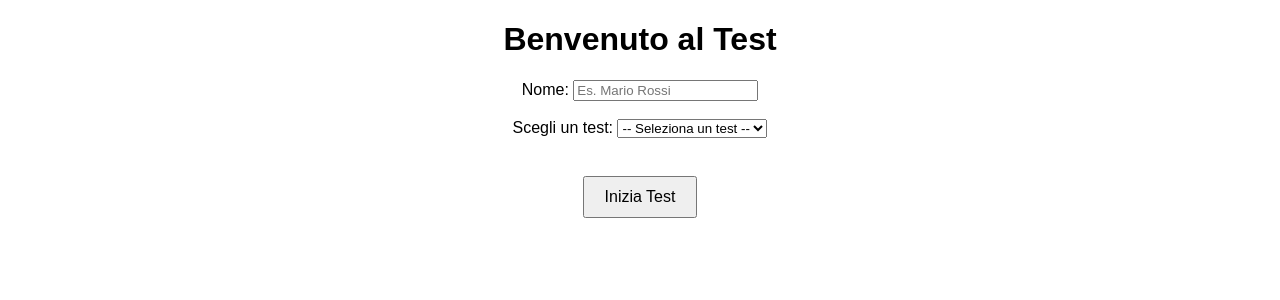
Repository: Probyte5D/Test-Task
Page: wwwroot/index.html
The author's editor kept a copy of each file at every save. The page is drawn from the files as they stood at one save, then again after the next save.
The browser window is 1280 px wide. The pictures show the whole page.
The page's requests for data from a server got no answer.

Above is the page before, as saved 2025-10-22 20:21:58.

After the next save:
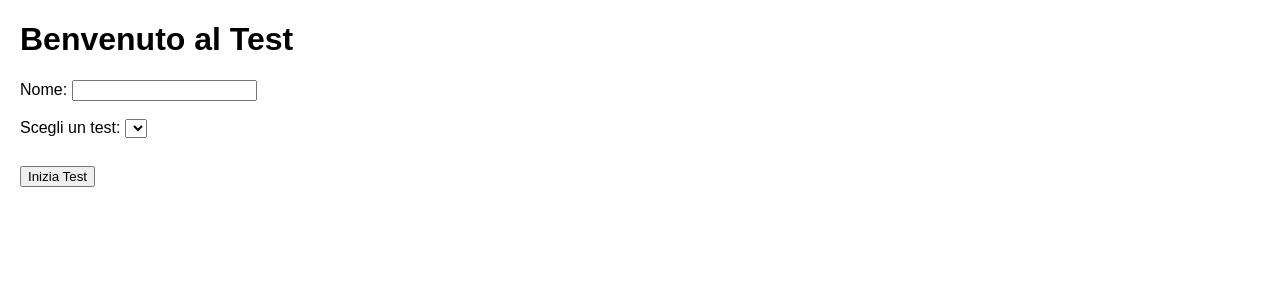
Saved 12 s later.
--- a/wwwroot/index.html
+++ b/wwwroot/index.html
@@ -1,31 +1,25 @@
 <!DOCTYPE html>
 <html lang="it">
 <head>
-<meta charset="UTF-8">
-<title>Test System</title>
-<style>
-    body { font-family: Arial; margin: 20px; text-align: center; }
-    .hidden { display: none; }
-    .question-card { margin-bottom: 20px; padding: 20px; border-radius: 10px; box-shadow: 0 2px 8px rgba(0,0,0,0.2); display: inline-block; text-align: left; }
-    .progress { width: 100%; background: #eee; height: 20px; margin-bottom: 20px; border-radius: 10px; }
-    .progress-bar { width: 0; height: 100%; background: #4caf50; border-radius: 10px; transition: width 0.3s; }
-    .answer-btn { display: block; width: 300px; margin: 10px auto; padding: 15px; font-size: 16px; border: none; border-radius: 8px; cursor: pointer; transition: transform 0.2s; }
-    .answer-btn:hover { transform: scale(1.05); }
-    .answer-btn.correct { background-color: #4caf50; color: white; }
-    .answer-btn.wrong { background-color: #f44336; color: white; }
-    button { margin-top: 20px; padding: 10px 20px; font-size: 16px; cursor: pointer; }
-</style>
+    <meta charset="UTF-8">
+    <title>Test System</title>
+    <style>
+        body { font-family: Arial; margin: 20px; }
+        .hidden { display: none; }
+        .question { margin-bottom: 20px; }
+        .progress { width: 100%; background: #eee; height: 20px; margin-bottom: 10px; }
+        .progress-bar { width: 0; height: 100%; background: #4caf50; }
+        button { margin-top: 10px; }
+    </style>
 </head>
 <body>
 
 <h1>Benvenuto al Test</h1>
 
 <div id="home">
-    <label>Nome: <input type="text" id="userName" placeholder="Es. Mario Rossi"></label><br><br>
+    <label>Nome: <input type="text" id="userName"></label><br><br>
     <label>Scegli un test:
-        <select id="testSelect">
-            <option value="">-- Seleziona un test --</option>
-        </select>
+        <select id="testSelect"></select>
     </label><br><br>
     <button onclick="startTest()">Inizia Test</button>
     <p id="homeError" style="color:red;"></p>
@@ -34,13 +28,13 @@
 <div id="testView" class="hidden">
     <div class="progress"><div class="progress-bar" id="progressBar"></div></div>
     <div id="questionContainer"></div>
+    <button onclick="nextQuestion()">Prossima Domanda</button>
     <p id="testError" style="color:red;"></p>
 </div>
 
 <div id="resultView" class="hidden">
     <h2>Risultato finale</h2>
     <p id="resultText"></p>
-    <button onclick="restartTest()">Ricomincia</button>
 </div>
 
 <script>
@@ -81,16 +75,13 @@
 function showQuestion() {
     const q = currentTest.questions[currentQuestionIndex];
     const container = document.getElementById('questionContainer');
-    container.innerHTML = `<div class="question-card"><p><strong>Domanda ${currentQuestionIndex + 1} di ${currentTest.questions.length}:</strong> ${q.text}</p></div>`;
-
+    container.innerHTML = `<div class="question"><p>${q.text}</p></div>`;
     q.options.forEach((opt, i) => {
-        const btn = document.createElement('button');
-        btn.className = 'answer-btn';
-        btn.textContent = opt.text;
-        btn.onclick = () => selectAnswer(i);
-        container.appendChild(btn);
+        const label = document.createElement('label');
+        label.innerHTML = `<input type="radio" name="answer" value="${i}"> ${opt.text}`;
+        container.appendChild(label);
+        container.appendChild(document.createElement('br'));
     });
-
     updateProgress();
 }
 
@@ -99,10 +90,18 @@
     document.getElementById('progressBar').style.width = percent + "%";
 }
 
-function selectAnswer(index) {
-    const q = currentTest.questions[currentQuestionIndex];
-    if (q.options[index].isCorrect) correctAnswers++;
+function nextQuestion() {
+    const selected = document.querySelector('input[name="answer"]:checked');
+    if (!selected) {
+        document.getElementById('testError').textContent = "Seleziona una risposta!";
+        return;
+    }
+    const answerIndex = parseInt(selected.value);
+    if (currentTest.questions[currentQuestionIndex].options[answerIndex].isCorrect) {
+        correctAnswers++;
+    }
     currentQuestionIndex++;
+    document.getElementById('testError').textContent = "";
     if (currentQuestionIndex >= currentTest.questions.length) {
         finishTest();
     } else {
@@ -116,6 +115,7 @@
     document.getElementById('resultText').textContent =
         `Ciao ${document.getElementById('userName').value}, hai risposto correttamente a ${correctAnswers} su ${currentTest.questions.length} domande.`;
 
+    // Salvataggio del risultato su MongoDB
     await fetch('http://localhost:5155/api/UserResult', {
         method: 'POST',
         headers: { 'Content-Type': 'application/json' },
@@ -128,13 +128,6 @@
     });
 }
 
-function restartTest() {
-    document.getElementById('resultView').classList.add('hidden');
-    document.getElementById('home').classList.remove('hidden');
-    document.getElementById('userName').value = '';
-    document.getElementById('testSelect').value = '';
-}
-
 // Carica i test all’avvio
 loadTests();
 </script>

After the save that followed:
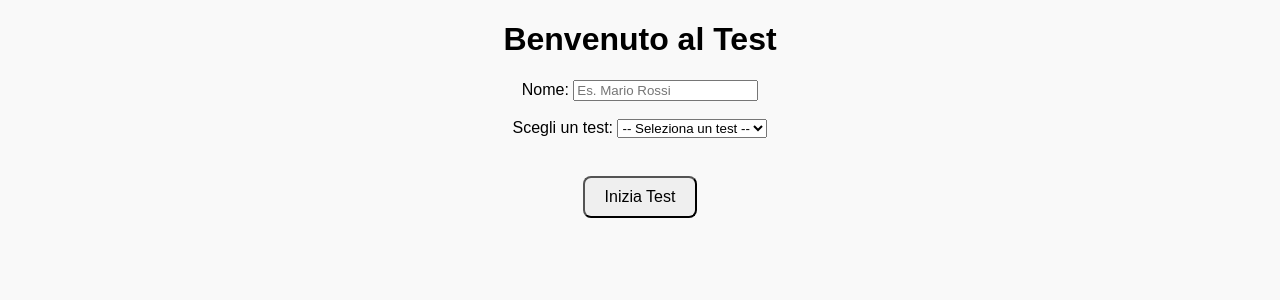
Saved 21 s later.
--- a/wwwroot/index.html
+++ b/wwwroot/index.html
@@ -1,25 +1,31 @@
 <!DOCTYPE html>
 <html lang="it">
 <head>
-    <meta charset="UTF-8">
-    <title>Test System</title>
-    <style>
-        body { font-family: Arial; margin: 20px; }
-        .hidden { display: none; }
-        .question { margin-bottom: 20px; }
-        .progress { width: 100%; background: #eee; height: 20px; margin-bottom: 10px; }
-        .progress-bar { width: 0; height: 100%; background: #4caf50; }
-        button { margin-top: 10px; }
-    </style>
+<meta charset="UTF-8">
+<title>Test System</title>
+<style>
+    body { font-family: Arial; margin: 20px; text-align: center; background: #f9f9f9; }
+    .hidden { display: none; }
+    .question-card { margin-bottom: 20px; padding: 20px; border-radius: 10px; box-shadow: 0 2px 8px rgba(0,0,0,0.2); display: inline-block; text-align: left; background: #fff; }
+    .progress { width: 100%; background: #eee; height: 20px; margin-bottom: 20px; border-radius: 10px; }
+    .progress-bar { width: 0; height: 100%; background: #4caf50; border-radius: 10px; transition: width 0.3s; }
+    .answer-btn { display: block; width: 300px; margin: 10px auto; padding: 15px; font-size: 16px; border: none; border-radius: 8px; cursor: pointer; transition: transform 0.2s; }
+    .answer-btn:hover { transform: scale(1.05); }
+    .answer-btn.correct { background-color: #4caf50; color: white; }
+    .answer-btn.wrong { background-color: #f44336; color: white; }
+    button { margin-top: 20px; padding: 10px 20px; font-size: 16px; cursor: pointer; border-radius: 8px; }
+</style>
 </head>
 <body>
 
 <h1>Benvenuto al Test</h1>
 
 <div id="home">
-    <label>Nome: <input type="text" id="userName"></label><br><br>
+    <label>Nome: <input type="text" id="userName" placeholder="Es. Mario Rossi"></label><br><br>
     <label>Scegli un test:
-        <select id="testSelect"></select>
+        <select id="testSelect">
+            <option value="">-- Seleziona un test --</option>
+        </select>
     </label><br><br>
     <button onclick="startTest()">Inizia Test</button>
     <p id="homeError" style="color:red;"></p>
@@ -28,13 +34,13 @@
 <div id="testView" class="hidden">
     <div class="progress"><div class="progress-bar" id="progressBar"></div></div>
     <div id="questionContainer"></div>
-    <button onclick="nextQuestion()">Prossima Domanda</button>
     <p id="testError" style="color:red;"></p>
 </div>
 
 <div id="resultView" class="hidden">
     <h2>Risultato finale</h2>
     <p id="resultText"></p>
+    <button onclick="restartTest()">Ricomincia</button>
 </div>
 
 <script>
@@ -48,11 +54,11 @@
     tests = await res.json();
     const select = document.getElementById('testSelect');
     tests.forEach(t => {
-        const opt = document.createElement('option');
-        opt.value = t.id;
-        opt.textContent = t.title;
-        select.appendChild(opt);
-    });
+    const opt = document.createElement('option');
+    opt.value = t.Id || t._id;      // prende Id corretto
+    opt.textContent = t.Title || t.title; // prende il titolo corretto
+    select.appendChild(opt);
+});
 }
 
 function startTest() {
@@ -75,13 +81,16 @@
 function showQuestion() {
     const q = currentTest.questions[currentQuestionIndex];
     const container = document.getElementById('questionContainer');
-    container.innerHTML = `<div class="question"><p>${q.text}</p></div>`;
+    container.innerHTML = `<div class="question-card"><p><strong>Domanda ${currentQuestionIndex + 1} di ${currentTest.questions.length}:</strong> ${q.text}</p></div>`;
+
     q.options.forEach((opt, i) => {
-        const label = document.createElement('label');
-        label.innerHTML = `<input type="radio" name="answer" value="${i}"> ${opt.text}`;
-        container.appendChild(label);
-        container.appendChild(document.createElement('br'));
+        const btn = document.createElement('button');
+        btn.className = 'answer-btn';
+        btn.textContent = opt.text;
+        btn.onclick = () => selectAnswer(i);
+        container.appendChild(btn);
     });
+
     updateProgress();
 }
 
@@ -90,23 +99,28 @@
     document.getElementById('progressBar').style.width = percent + "%";
 }
 
-function nextQuestion() {
-    const selected = document.querySelector('input[name="answer"]:checked');
-    if (!selected) {
-        document.getElementById('testError').textContent = "Seleziona una risposta!";
-        return;
-    }
-    const answerIndex = parseInt(selected.value);
-    if (currentTest.questions[currentQuestionIndex].options[answerIndex].isCorrect) {
-        correctAnswers++;
-    }
-    currentQuestionIndex++;
-    document.getElementById('testError').textContent = "";
-    if (currentQuestionIndex >= currentTest.questions.length) {
-        finishTest();
-    } else {
-        showQuestion();
-    }
+function selectAnswer(index) {
+    const q = currentTest.questions[currentQuestionIndex];
+    const buttons = document.querySelectorAll('.answer-btn');
+
+    // Evidenzia la scelta corretta o sbagliata
+    buttons.forEach((btn, i) => {
+        if (i === index) {
+            btn.classList.add(q.options[i].isCorrect ? 'correct' : 'wrong');
+        }
+        btn.disabled = true; // disabilita tutti i bottoni dopo la scelta
+    });
+
+    if (q.options[index].isCorrect) correctAnswers++;
+
+    setTimeout(() => {
+        currentQuestionIndex++;
+        if (currentQuestionIndex >= currentTest.questions.length) {
+            finishTest();
+        } else {
+            showQuestion();
+        }
+    }, 500);
 }
 
 async function finishTest() {
@@ -128,6 +142,13 @@
     });
 }
 
+function restartTest() {
+    document.getElementById('resultView').classList.add('hidden');
+    document.getElementById('home').classList.remove('hidden');
+    document.getElementById('userName').value = '';
+    document.getElementById('testSelect').value = '';
+}
+
 // Carica i test all’avvio
 loadTests();
 </script>
